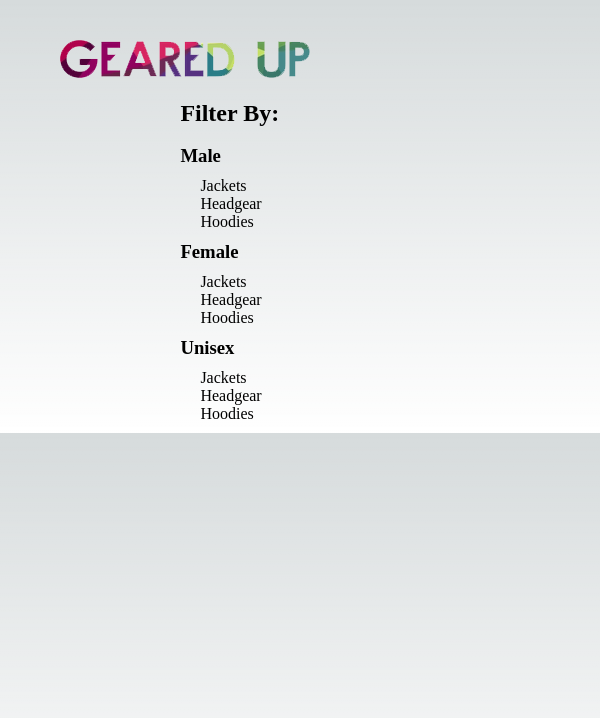
Repository: anoncoderin/madhu-dcd-gearup-assignment2
Page: /
The author's editor kept a copy of each file at every save. The page is drawn from the files as they stood at one save, then again after the next save.
The browser window is 600 px wide. The pictures show the whole page.
The project was rebuilt for these pictures with package versions that can differ from the ones it lists, and the page was loaded fresh each time. The framework's server and built-in components were replaced by stand-ins that run in the browser. Also part of the build but not shown: next.config.js.

Above is the page before, as saved 2023-03-05 18:26:28.

After the next save:
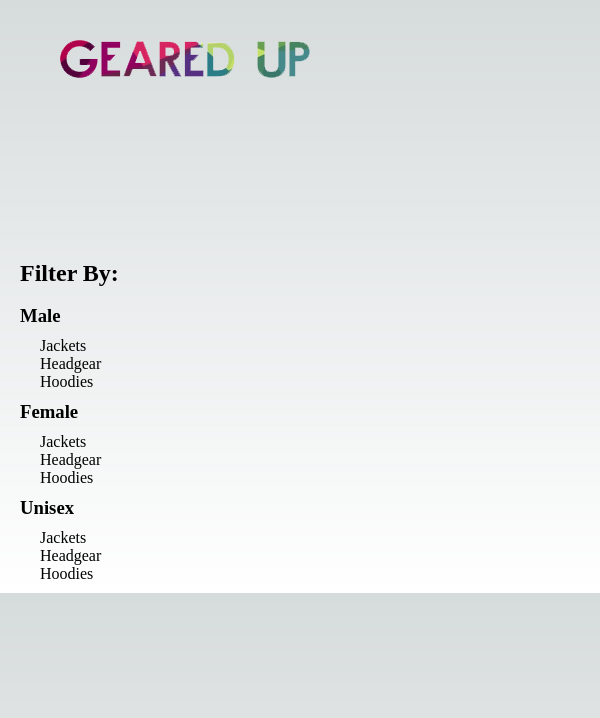
Saved 48 s later.
--- a/styles/Home.module.css
+++ b/styles/Home.module.css
@@ -38,8 +38,29 @@
   margin-top: 5vh;
 }
 
-@media screen {
-
+/* Mobile */
+@media screen and (max-width: 600px) {
+
+  .container{
+    display: flex;
+    flex-direction: column;
+    justify-content: center;
+    padding: inherit;
+    margin-top: 20vh;
+  }
+
+
+}
+
+/*Tablet*/
+@media screen and (min-width:600px) and (max-width:1000px){
+  .container{
+    display: flex;
+    flex-direction: column;
+    justify-content: center;
+    padding: inherit;
+    margin-top: 20vh;
+  }
 }
 
 
